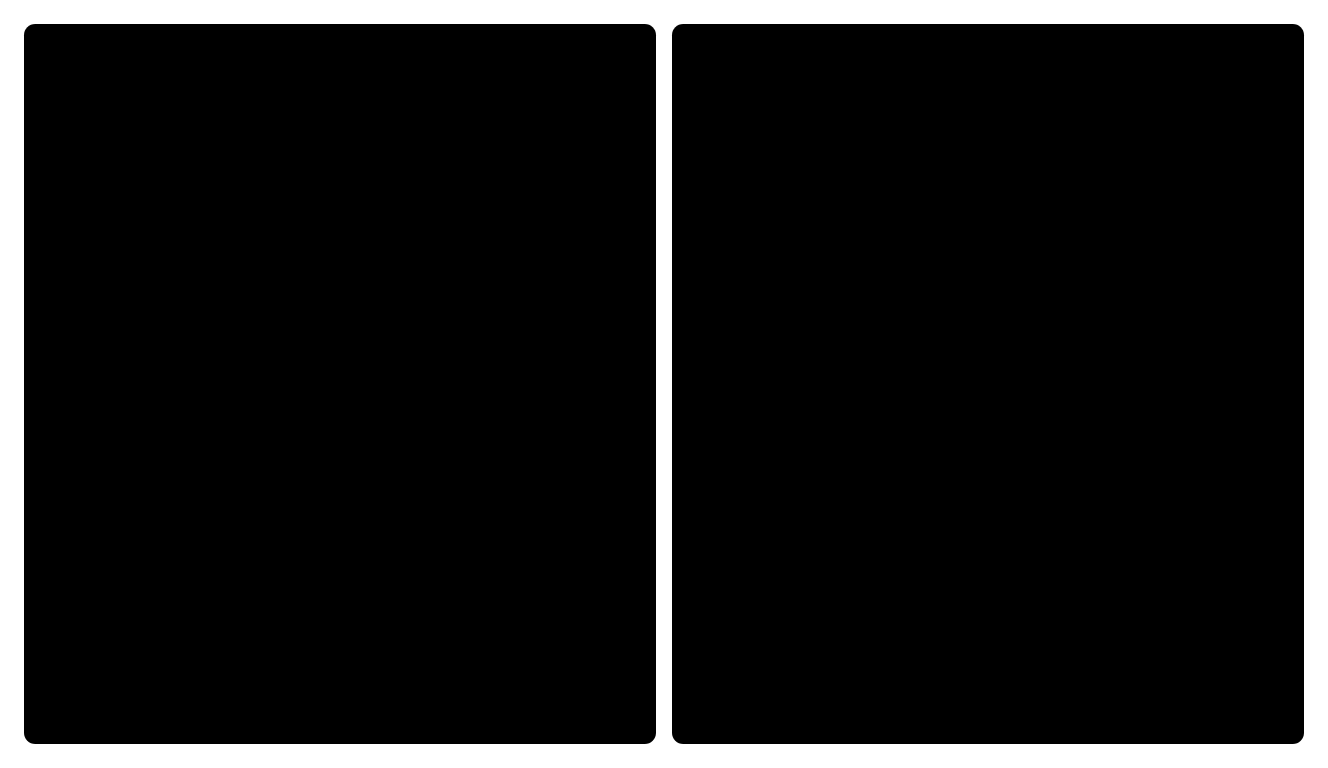
Repository: swarnabha-dutta/ai-code-reviewer
Page: / (app in frontend/)
The author's editor kept a copy of each file at every save. The page is drawn from the files as they stood at one save, then again after the next save.
The browser window is 1280 px wide. The page is 1328 px wide, so the pictures cover 1328 px, including what lies to the right of the window. The pictures show the whole page.
The project was rebuilt for these pictures with package versions that can differ from the ones it lists, and the page was loaded fresh each time. Also part of the build but not shown: frontend/vite.config.js.

Above is the page before, as saved 2025-06-07 08:35:26.

After the next save:
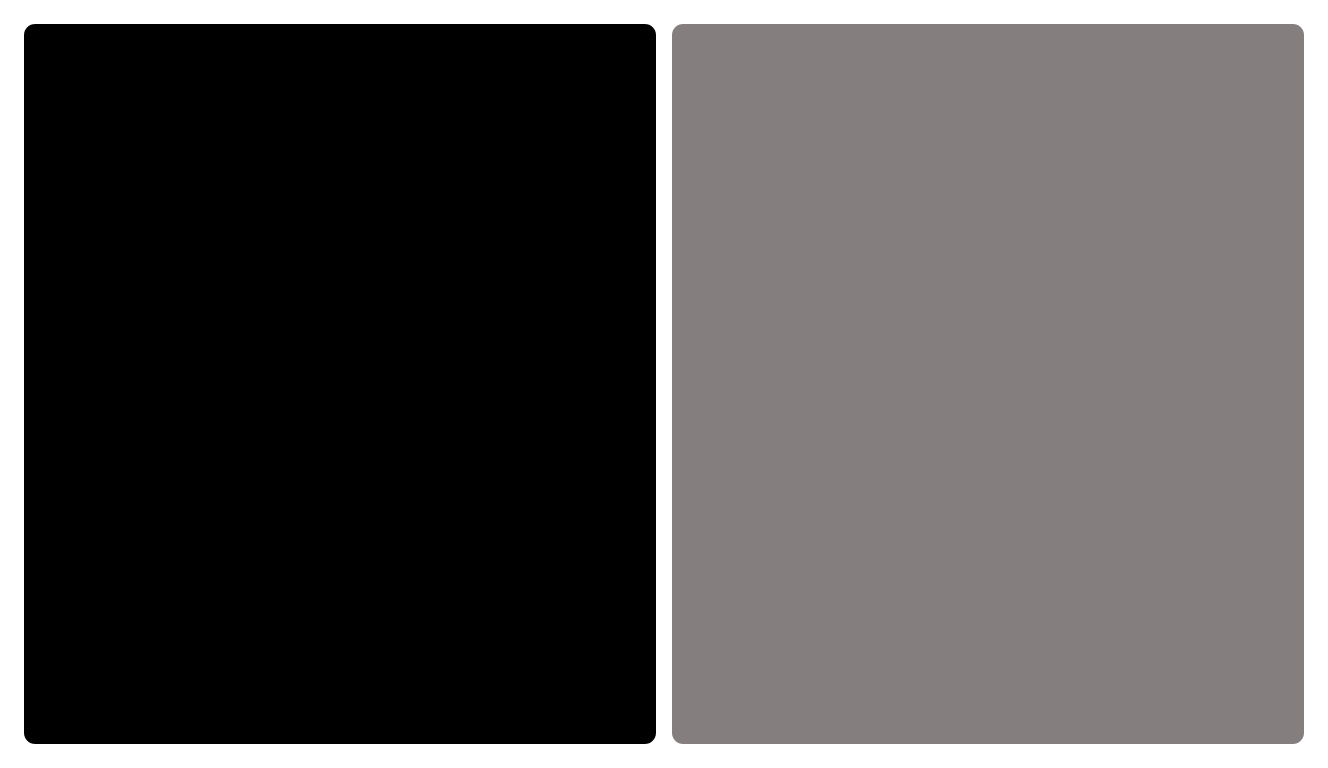
Saved 9 s later.
--- a/frontend/src/App.css
+++ b/frontend/src/App.css
@@ -31,5 +31,5 @@ main .left {
 }
 
 main .right {
-  background-color: #000;
+  background-color: #857e7e;
 }
